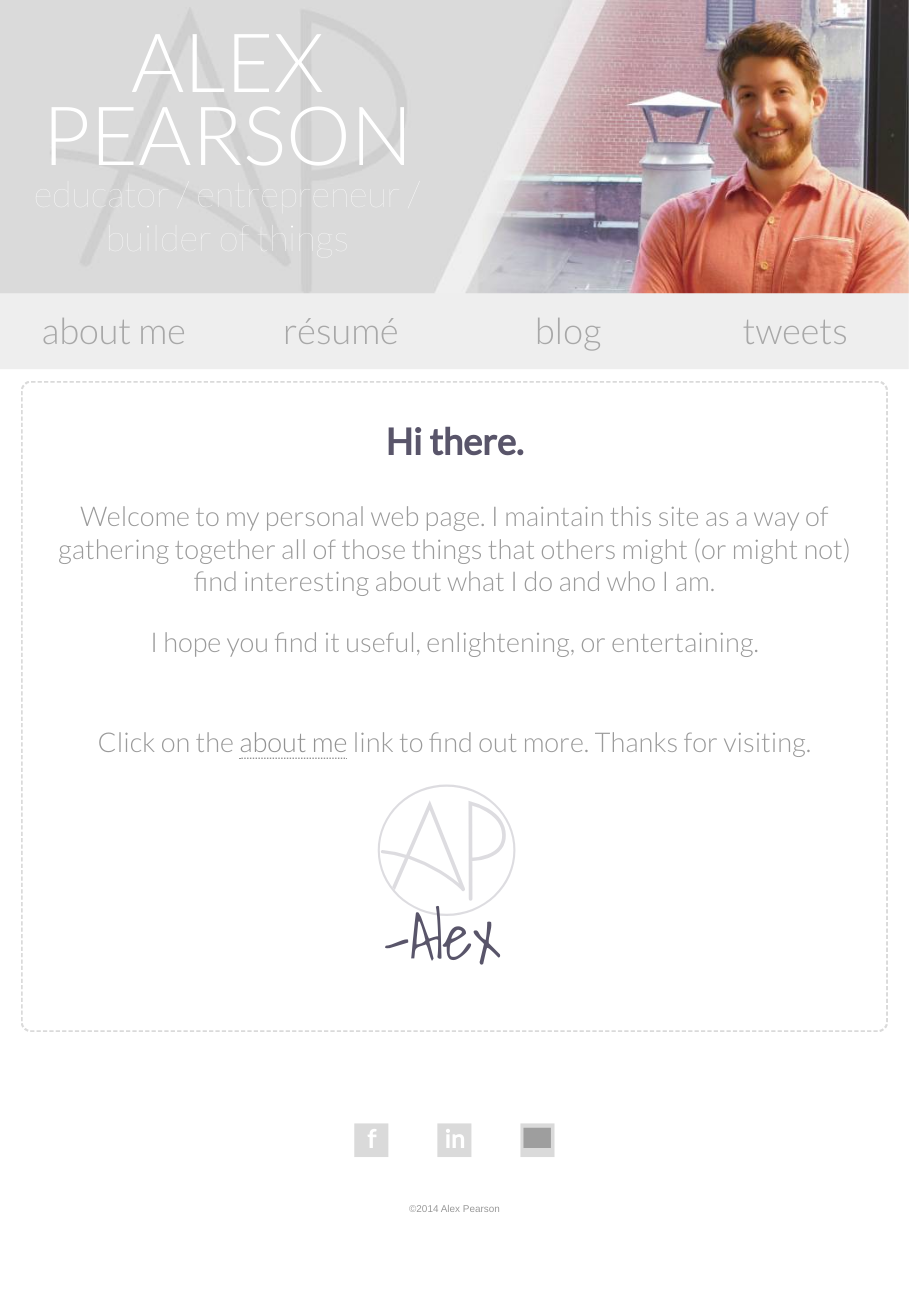
Repository: NAlexPear/personal-page
Page: about/index.html
The author's editor kept a record of every edit. The page is drawn from the files as they stood at one moment, then again after the next edit.
The browser window is 1280 px wide. The pictures show the whole page, at 71% of full size.
Pictures or frames that could not be fetched are drawn as grey boxes.

Above is the page before.

After the next edit:
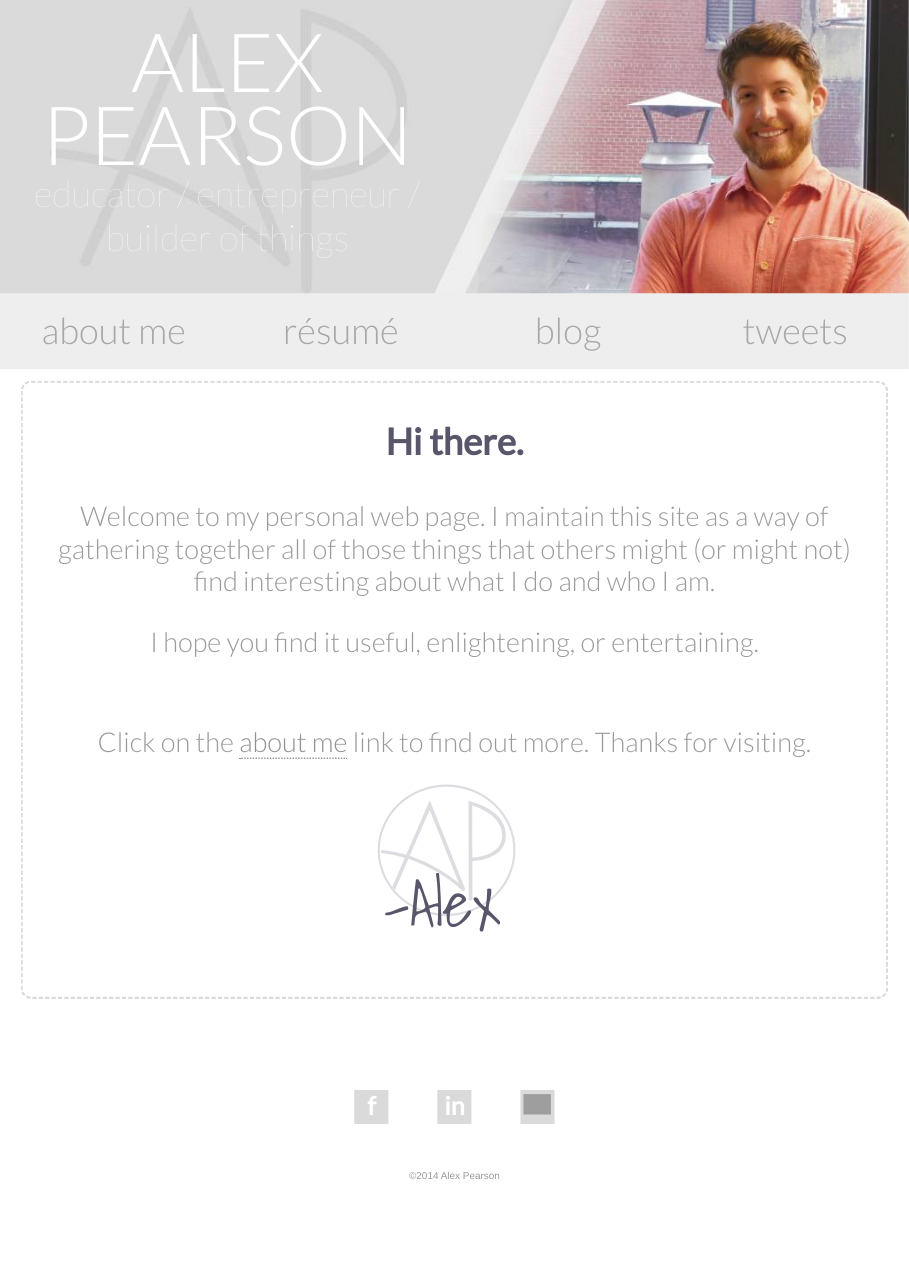
The edit:
--- a/theme/css/maintemplate2.css
+++ b/theme/css/maintemplate2.css
@@ -89,7 +89,7 @@
     font-size: 7vw;
     font-weight:300;
     margin-left:29%;
-    margin-top:-10%;
+    margin-top:-20%;
     padding-top:0;
     color:#59556a;
 }
